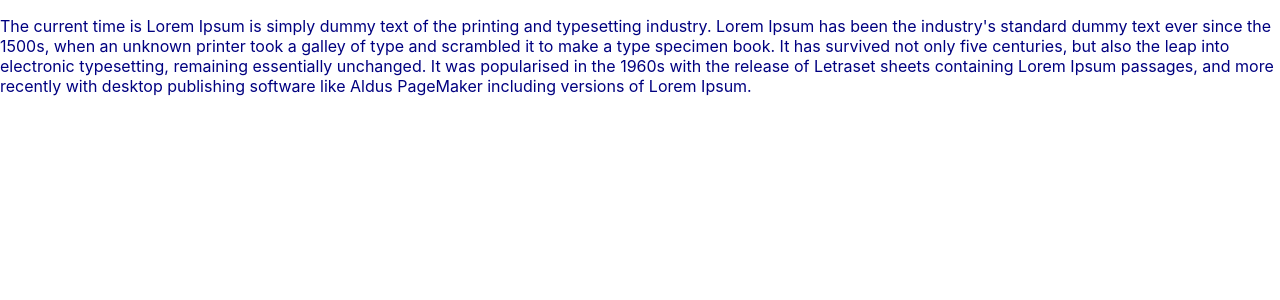
Repository: eg7eg7/Text-Play
Page: /
These files come from the project's save history. The page is drawn as it stood at one moment and after the next save; the edit follows.
The browser window is 1280 px wide. The pictures show the whole page.
The project was rebuilt for these pictures with package versions that can differ from the ones it lists, and the page was loaded fresh each time.

Above is the page before, as saved 2021-01-11 21:54:39.

### src/index.tsx
import React from 'react';
import ReactDOM from 'react-dom';
import './index.css';
import { TextPlay } from './TextPlay';
import reportWebVitals from './reportWebVitals';

ReactDOM.render(
  <React.StrictMode>
    <TextPlay />
  </React.StrictMode>,
  document.getElementById('root')
);

// If you want to start measuring performance in your app, pass a function
// to log results (for example: reportWebVitals(console.log))
// or send to an analytics endpoint. Learn more: https://bit.ly/CRA-vitals
reportWebVitals();

### src/TextPlay.tsx
import React, { Component } from 'react';
import './TextPlay.css';
type TextState = {
    text: string
}
export class TextPlay extends Component<{}, TextState> {
    tick() {
        this.setState({ text: "Lorem Ipsum is simply dummy text of the printing and typesetting industry. Lorem Ipsum has been the industry's standard dummy text ever since the 1500s, when an unknown printer took a galley of type and scrambled it to make a type specimen book. It has survived not only five centuries, but also the leap into electronic typesetting, remaining essentially unchanged. It was popularised in the 1960s with the release of Letraset sheets containing Lorem Ipsum passages, and more recently with desktop publishing software like Aldus PageMaker including versions of Lorem Ipsum."});
    }

    componentWillMount() {
        this.tick();
    }

    componentDidMount() {
        this.tick();
    }

    render() {
        return <div className="TextPlay"><p>The current time is {this.state.text}</p></div>
      }
}

### src/TextPlay.css
p {
    text-decoration: double;
    color: navy;
    /* text-indent: 30px; */
    display: block;
    margin-top: 1em;
}

/* TextPlay {

} */

Loaded but not shown: public/index.html (common file); src/index.css (common file); src/reportWebVitals.ts (common file)

After the next save:
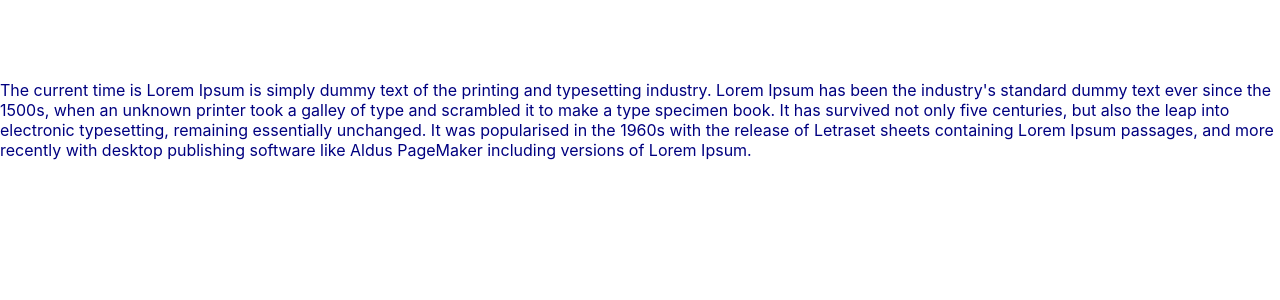
Saved 5 s later.
--- a/src/TextPlay.css
+++ b/src/TextPlay.css
@@ -3,7 +3,7 @@ p {
     color: navy;
     /* text-indent: 30px; */
     display: block;
-    margin-top: 1em;
+    margin-top: 5em;
 }
 
 /* TextPlay {
